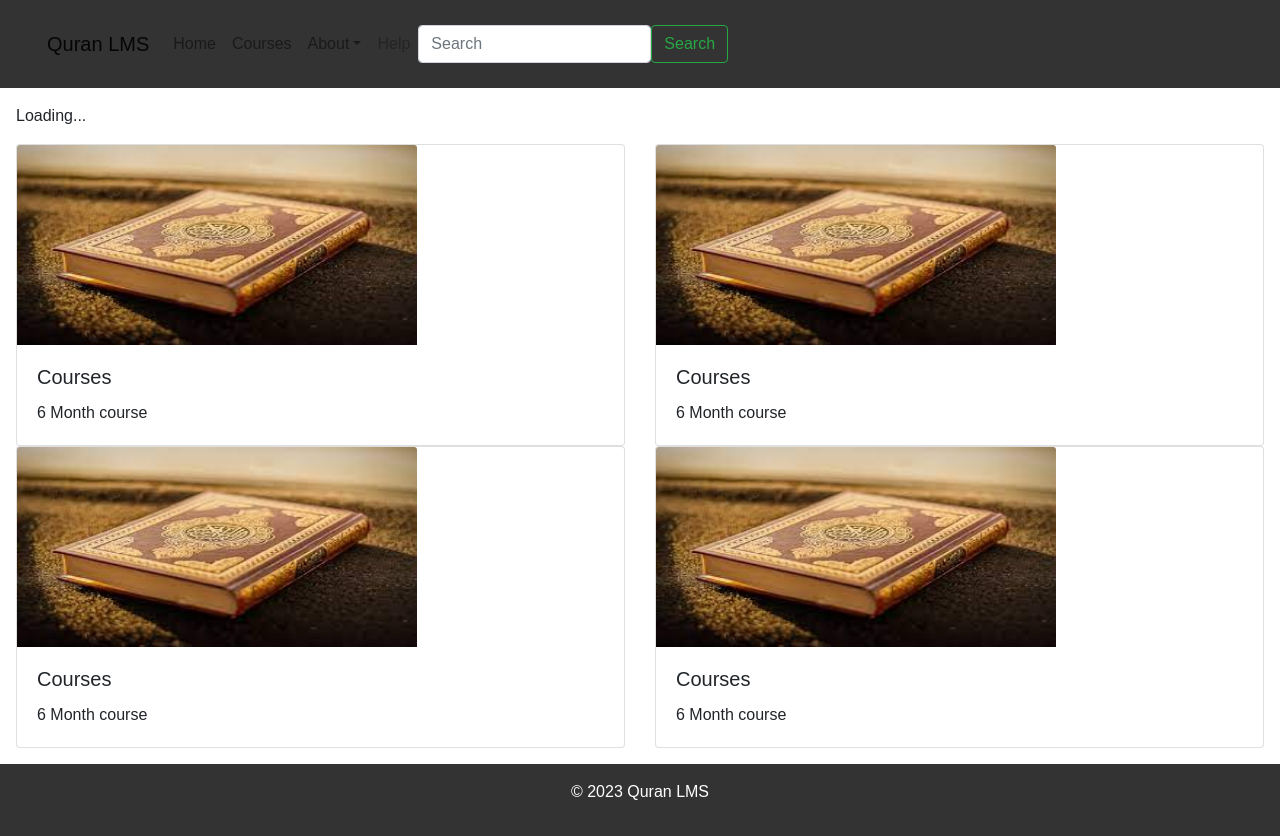
Repository: talha-mahmood/Quran-Lms-react
Page: /
An editor plug-in stored every save of this project. The page is shown before and after the next save, followed by the edit.
The browser window is 1280 px wide. The pictures show the whole page.
The page's requests for data from a server got no answer. The project was rebuilt for these pictures with package versions that can differ from the ones it lists, and the page was loaded fresh each time. No one was signed in, and anything a server would have sent is missing.

Above is the page before, as saved 2023-03-08 01:57:58.

### public/index.html
<!DOCTYPE html>
<html lang="en">
  <head>
    <meta charset="utf-8" />
    <link rel="icon" href="%PUBLIC_URL%/favicon.ico" />
    <meta name="viewport" content="width=device-width, initial-scale=1" />
    <meta name="theme-color" content="#000000" />
    <meta
      name="description"
      content="Web site created using create-react-app"
    />

    <link rel="apple-touch-icon" href="%PUBLIC_URL%/logo192.png" />
    <link rel="stylesheet" href="https://cdn.jsdelivr.net/npm/bootstrap@4.4.1/dist/css/bootstrap.min.css" integrity="sha384-Vkoo8x4CGsO3+Hhxv8T/Q5PaXtkKtu6ug5TOeNV6gBiFeWPGFN9MuhOf23Q9Ifjh" crossorigin="anonymous">
    <script src="https://code.jquery.com/jquery-3.4.1.slim.min.js" integrity="sha384-J6qa4849blE2+poT4WnyKhv5vZF5SrPo0iEjwBvKU7imGFAV0wwj1yYfoRSJoZ+n" crossorigin="anonymous"></script>
   <script src="https://cdn.jsdelivr.net/npm/popper.js@1.16.0/dist/umd/popper.min.js" integrity="sha384-Q6E9RHvbIyZFJoft+2mJbHaEWldlvI9IOYy5n3zV9zzTtmI3UksdQRVvoxMfooAo" crossorigin="anonymous"></script>
   <script src="https://cdn.jsdelivr.net/npm/bootstrap@4.4.1/dist/js/bootstrap.min.js" integrity="sha384-wfSDF2E50Y2D1uUdj0O3uMBJnjuUD4Ih7YwaYd1iqfktj0Uod8GCExl3Og8ifwB6" crossorigin="anonymous"></script>
    <!--
      manifest.json provides metadata used when your web app is installed on a
      user's mobile device or desktop. See https://developers.google.com/web/fundamentals/web-app-manifest/
    -->
    <link rel="manifest" href="%PUBLIC_URL%/manifest.json" />
    <!--
      Notice the use of %PUBLIC_URL% in the tags above.
      It will be replaced with the URL of the `public` folder during the build.
      Only files inside the `public` folder can be referenced from the HTML.

      Unlike "/favicon.ico" or "favicon.ico", "%PUBLIC_URL%/favicon.ico" will
      work correctly both with client-side routing and a non-root public URL.
      Learn how to configure a non-root public URL by running `npm run build`.
    -->
    <title>React App</title>
  </head>
  <body>
    <noscript>You need to enable JavaScript to run this app.</noscript>
    <div id="root"></div>

    <!--
      This HTML file is a template.
      If you open it directly in the browser, you will see an empty page.

      You can add webfonts, meta tags, or analytics to this file.
      The build step will place the bundled scripts into the <body> tag.

      To begin the development, run `npm start` or `yarn start`.
      To create a production bundle, use `npm run build` or `yarn build`.
    -->
  </body>
</html>

### src/App.js
import './App.css';
import React,{Component} from 'react';
import Button from 'react-bootstrap/Button';
import Container from 'react-bootstrap/Container';
import Form from 'react-bootstrap/Form';
import Nav from 'react-bootstrap/Nav';
import Navbar from 'react-bootstrap/Navbar';
import NavDropdown from 'react-bootstrap/NavDropdown';
import Card from 'react-bootstrap/Card';
import Col from 'react-bootstrap/Col';
import Row from 'react-bootstrap/Row';
import myimg from './download.jpeg'
class QuranLMS extends Component {
  state = {
    verses: [],
    isLoading: true
  };

  async componentDidMount() {
    const response = await fetch("https://api.quran.com/api/v4/quran/verses/uthmani?chapter_number=1");
    const data = await response.json();
    this.setState({
      verses: data.verses,
      isLoading: false
    });
  }

  render() {
    const { verses, isLoading } = this.state;
    return (
      <div>


          <div>
          <header>
          <Navbar bg="" expand="lg" >
      <Container fluid>
        <Navbar.Brand href="#" >Quran LMS</Navbar.Brand>
        <Navbar.Toggle aria-controls="navbarScroll" />
        <Navbar.Collapse id="navbarScroll">
          <Nav
            className="me-auto my-2 my-lg-0"
            style={{ maxHeight: '100px' }}
            navbarScroll
          >
            <Nav.Link href="#action1">Home</Nav.Link>
            <Nav.Link href="#action2">Courses</Nav.Link>
            <NavDropdown title="About" id="navbarScrollingDropdown">
              <NavDropdown.Item href="#action3">Register</NavDropdown.Item>
              <NavDropdown.Item href="#action4">
                Another action
              </NavDropdown.Item>
              <NavDropdown.Divider />
              <NavDropdown.Item href="#action5">
                Something else here
              </NavDropdown.Item>
            </NavDropdown>
            <Nav.Link href="#" disabled>
              Help
            </Nav.Link>
          </Nav>
          <Form className="d-flex">
            <Form.Control
              type="search"
              placeholder="Search"
              className="me-2"
              aria-label="Search"
            />
            <Button variant="outline-success">Search</Button>
          </Form>
        </Navbar.Collapse>
      </Container>
    </Navbar>
    </header>
          </div>



        <main>
          {isLoading ? (
            <p>Loading...</p>
          ) : (
            verses.map((verse) => (
              <p key={verse.id}>{verse.text_uthmani}</p>
            ))
          )}
          <div>
          <Row xs={1} md={2} className="g-4">
      {Array.from({ length: 4 }).map((_, idx) => (
        <Col>
          <Card>
            <Card.Img variant="top" src={myimg} />

            <Card.Body>
              <Card.Title>Courses</Card.Title>
              <Card.Text>
                6 Month course
              </Card.Text>
            </Card.Body>
          </Card>
        </Col>
      ))}
    </Row>
          </div>

        </main>
        <footer>
          <p>&copy; 2023 Quran LMS</p>
        </footer>
      </div>
    );
  }
}

export default QuranLMS;

### src/App.css
body {
  font-family: Arial, sans-serif;
  margin: 0;
}

header {
  background-color: #333;
  color: #fff;
  padding: 1em;
}

header h1 {
  margin: 0;
}

main {
  padding: 1em;
}

footer {
  background-color: #333;
  color: #fff;
  padding: 1em;
  text-align: center;
}
img{
  height:200px;
  max-width:400px;
}

Loaded but not shown: src/index.js (common file); src/index.css (common file); src/reportWebVitals.js (common file)

After the next save:
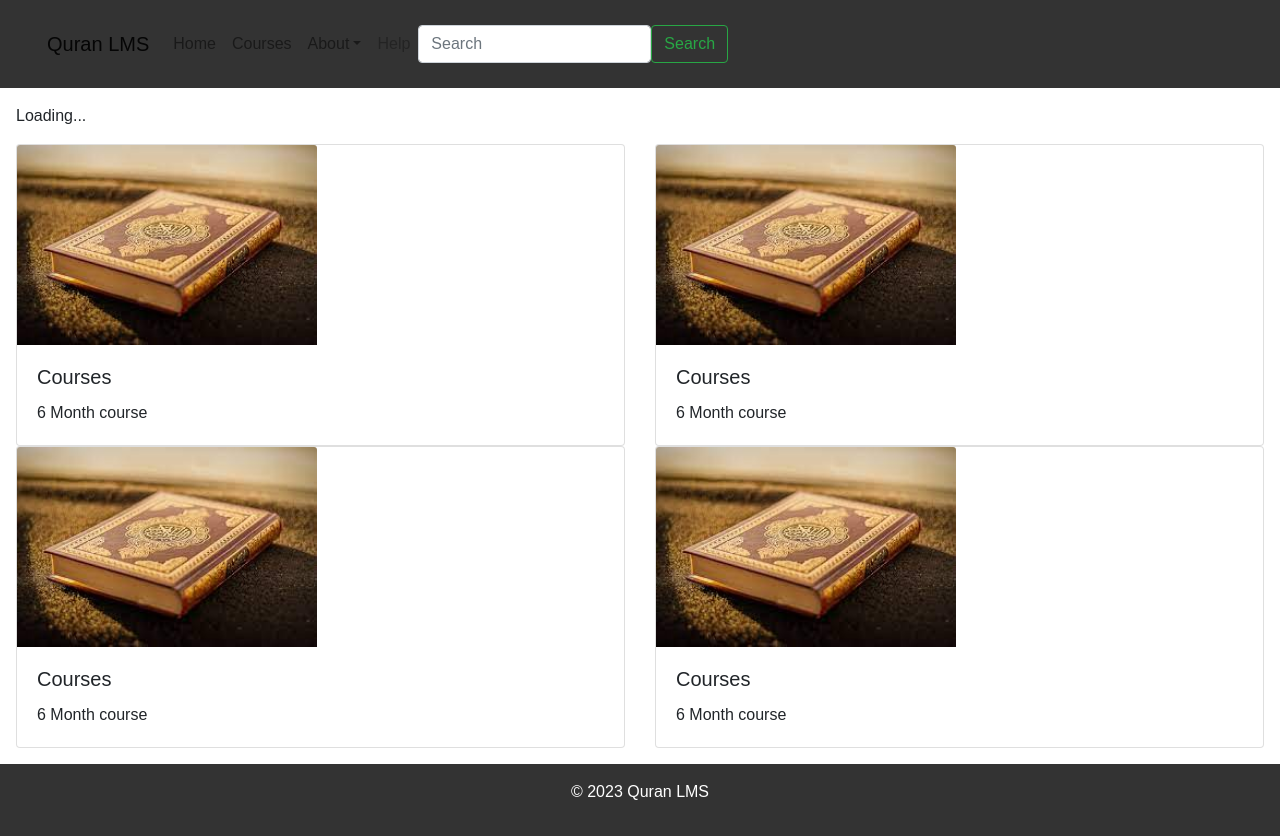
Saved 12 s later.
--- a/src/App.css
+++ b/src/App.css
@@ -25,5 +25,5 @@ footer {
 }
 img{
   height:200px;
-  max-width:400px;
+  max-width:300px;
 }
